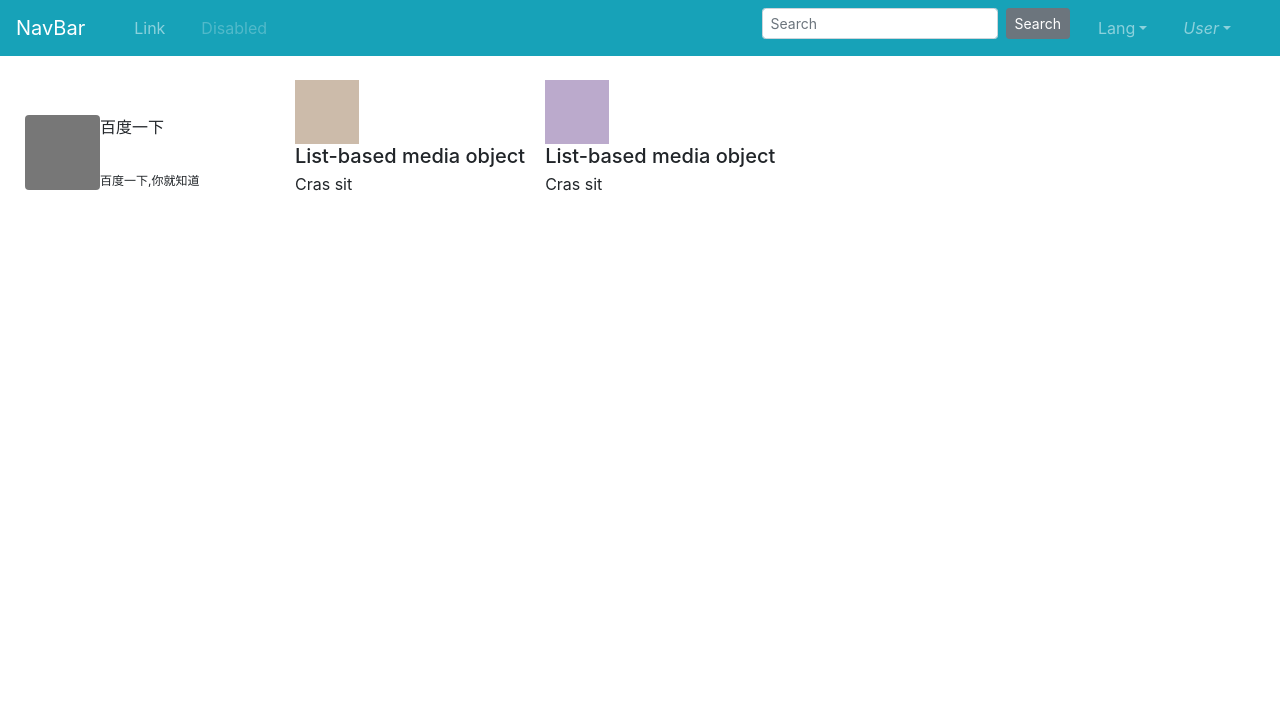
Repository: Funnyrz/vue-nav
Page: /
These files come from the project's save history. The page is drawn as it stood at one moment and after the next save; the edit follows.
The browser window is 1280 px wide. The pictures show the whole page.
The project was rebuilt for these pictures with package versions that can differ from the ones it lists, and the page was loaded fresh each time.

Above is the page before, as saved 2020-08-26 12:09:59.

### public/index.html
<!DOCTYPE html>
<html lang="en">
  <head>
    <meta charset="utf-8">
    <meta http-equiv="X-UA-Compatible" content="IE=edge">
    <meta name="viewport" content="width=device-width,initial-scale=1.0">
    <link rel="icon" href="<%= BASE_URL %>favicon.ico">
    <title>vue-pic</title>
  </head>
  <body>
    <noscript>
      <strong>We're sorry but vue-pic doesn't work properly without JavaScript enabled. Please enable it to continue.</strong>
    </noscript>
    <div id="app"></div>
    <!-- built files will be auto injected -->
  </body>
</html>

### src/main.js
import Vue from 'vue'
import App from './App.vue'
import 'bootstrap/dist/css/bootstrap.css'
import 'bootstrap-vue/dist/bootstrap-vue.css'
import BootstrapVue from 'bootstrap-vue'
// ES Modules syntax

// require syntax

Vue.use(BootstrapVue)
Vue.config.productionTip = false

new Vue({
  render: h => h(App),
}).$mount('#app')

### src/App.vue
<template>
  <div id="app">
    <HelloWorld msg="Welcome to Your Vue.js App" />
  </div>
</template>

<script>
import HelloWorld from "./components/HelloWorld.vue";

export default {
  name: "app",
  components: {
    HelloWorld
  }
};
</script>

<style>
.container-fluid {
  width: 80%;
}
</style>

### src/components/HelloWorld.vue
<template>
  <div class="hello">
    <div>
      <b-navbar toggleable="lg" type="dark" variant="info">
        <b-navbar-brand href="#">NavBar</b-navbar-brand>

        <b-navbar-toggle target="nav-collapse"></b-navbar-toggle>
        <b-container fluid>
          <b-collapse id="nav-collapse" is-nav>
            <b-navbar-nav>
              <b-nav-item href="#">Link</b-nav-item>
              <b-nav-item href="#" disabled>Disabled</b-nav-item>
            </b-navbar-nav>

            <!-- Right aligned nav items -->
            <b-navbar-nav class="ml-auto">
              <b-nav-form>
                <b-form-input size="sm" class="mr-sm-2" placeholder="Search"></b-form-input>
                <b-button size="sm" class="my-2 my-sm-0" type="submit">Search</b-button>
              </b-nav-form>

              <b-nav-item-dropdown text="Lang" right>
                <b-dropdown-item href="#">EN</b-dropdown-item>
                <b-dropdown-item href="#">ES</b-dropdown-item>
                <b-dropdown-item href="#">RU</b-dropdown-item>
                <b-dropdown-item href="#">FA</b-dropdown-item>
              </b-nav-item-dropdown>

              <b-nav-item-dropdown right>
                <!-- Using 'button-content' slot -->
                <template v-slot:button-content>
                  <em>User</em>
                </template>
                <b-dropdown-item href="#">Profile</b-dropdown-item>
                <b-dropdown-item href="#">Sign Out</b-dropdown-item>
              </b-nav-item-dropdown>
            </b-navbar-nav>
          </b-collapse>
        </b-container>
      </b-navbar>

      <b-container fluid>
        <div>
          <ul class="list-unstyled">
            <b-media tag="li" style="width:20%">
              <template v-slot:aside>
                <b-img v-bind="mainProps" rounded alt="placeholder"></b-img>
                <div style="position:relative;width:100%;">
                  百度一下
                 <div style="font-size:12px;bottom:0px;position:absolute;">
                  百度一下,你就知道
                </div>
                </div>

              </template>
            </b-media>

            <b-media tag="li" class="my-4">
              <template v-slot:aside>
                <b-img blank blank-color="#cba" width="64" alt="placeholder"></b-img>
              </template>

              <h5 class="mt-0 mb-1">List-based media object</h5>
              <p class="mb-0">Cras sit</p>
            </b-media>

            <b-media tag="li">
              <template v-slot:aside>
                <b-img blank blank-color="#bac" width="64" alt="placeholder"></b-img>
              </template>

              <h5 class="mt-0 mb-1">List-based media object</h5>
              <p class="mb-0">Cras sit</p>
            </b-media>
          </ul>
        </div>
      </b-container>
    </div>
  </div>
</template>

<script>
export default {
  name: "HelloWorld",
  props: {
    msg: String
  },
  data() {
    return {
      mainProps: {
        blank: true,
        blankColor: "#777",
        width: 75,
        height: 75,
        class: "m1"
      }
    };
  },
  mounted() {}
};
</script>

<!-- Add "scoped" attribute to limit CSS to this component only -->
<style scoped>
h3 {
  margin: 40px 0 0;
}
ul {
  list-style-type: none;
  padding: 0;
}
li {
  display: inline-block;
  margin: 0 10px;
}
a {
  color: #42b983;
}
.nav-card{}
</style>

After the next save:
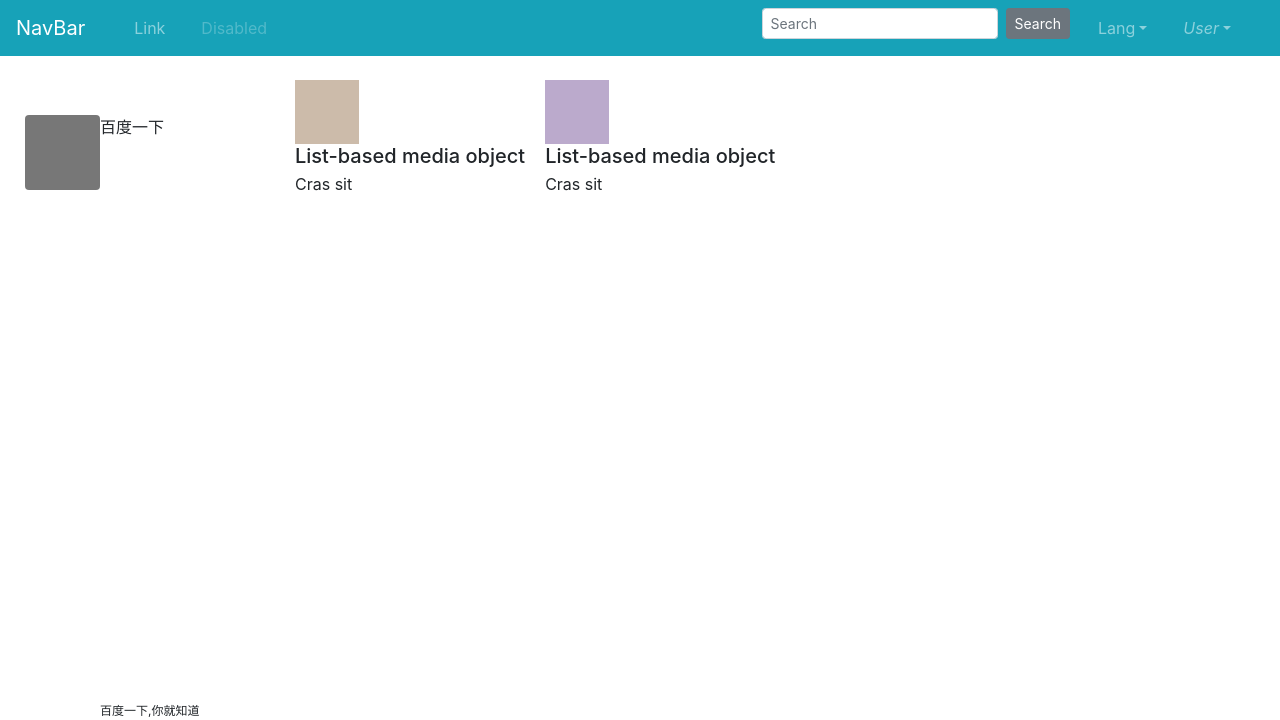
Saved 20 s later.
--- a/src/components/HelloWorld.vue
+++ b/src/components/HelloWorld.vue
@@ -45,7 +45,7 @@
             <b-media tag="li" style="width:20%">
               <template v-slot:aside>
                 <b-img v-bind="mainProps" rounded alt="placeholder"></b-img>
-                <div style="position:relative;width:100%;">
+                <div style="">
                   百度一下
                  <div style="font-size:12px;bottom:0px;position:absolute;">
                   百度一下,你就知道
@@ -116,5 +116,5 @@
 a {
   color: #42b983;
 }
-.nav-card{}
+.nav-card{position:relative;width:100%;}
 </style>

After the save that followed:
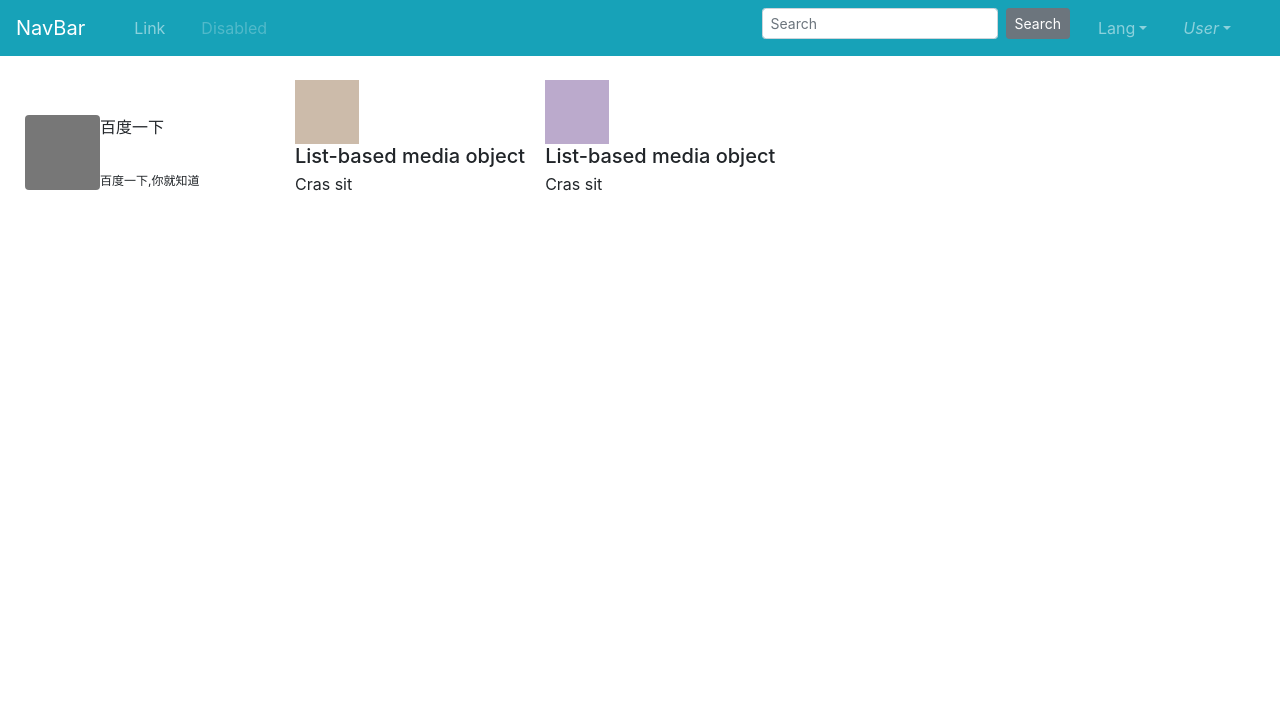
Saved 11 s later.
--- a/src/components/HelloWorld.vue
+++ b/src/components/HelloWorld.vue
@@ -45,7 +45,7 @@
             <b-media tag="li" style="width:20%">
               <template v-slot:aside>
                 <b-img v-bind="mainProps" rounded alt="placeholder"></b-img>
-                <div style="">
+                <div class="nav-card">
                   百度一下
                  <div style="font-size:12px;bottom:0px;position:absolute;">
                   百度一下,你就知道
